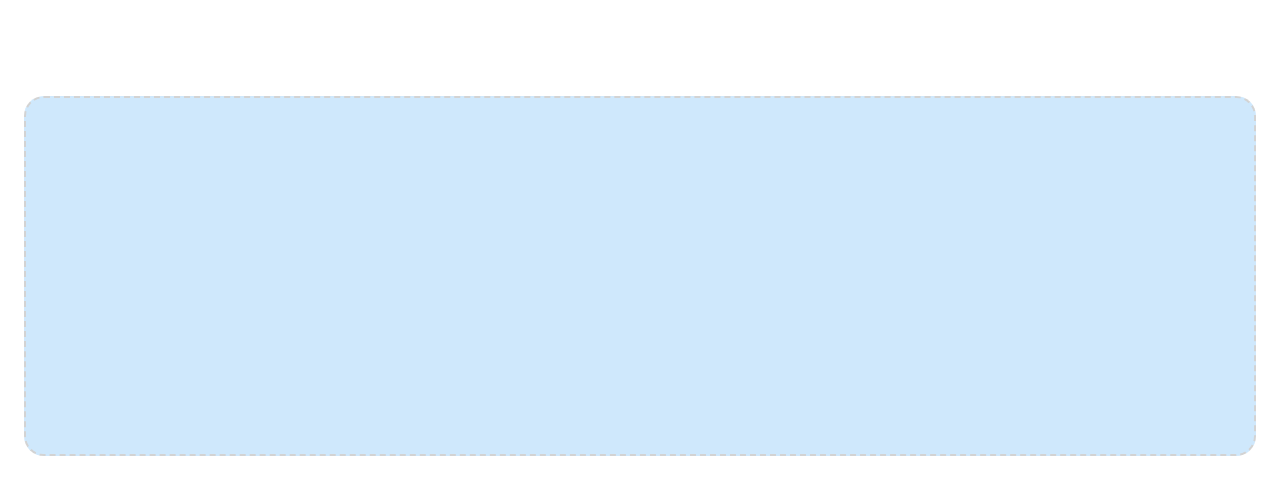
Repository: BhushanPatil-121/pdf-upload-nextjs
Page: /
The author's editor kept a copy of each file at every save. The page is drawn from the files as they stood at one save, then again after the next save.
The browser window is 1280 px wide. The pictures show the whole page.
The project was rebuilt for these pictures with package versions that can differ from the ones it lists, and the page was loaded fresh each time. The framework's server and built-in components were replaced by stand-ins that run in the browser. Also part of the build but not shown: next.config.mjs.

Above is the page before, as saved 2024-02-29 11:30:54.

### src/app/page.tsx
"use client"
import styles from "./page.module.css";
import { styled } from '@mui/material/styles';
import Button from '@mui/material/Button';
import CloudUploadIcon from '@mui/icons-material/CloudUpload';
import { useState } from 'react';
import { Alert, Box, Card, Container, Stack, TextField } from "@mui/material";
import InsertDriveFileIcon from '@mui/icons-material/InsertDriveFile';
import SendIcon from '@mui/icons-material/Send';
import LoadingButton from '@mui/lab/LoadingButton';
import { CloudDownload } from "@mui/icons-material";

const VisuallyHiddenInput = styled('input')({
  clip: 'rect(0 0 0 0)',
  clipPath: 'inset(50%)',
  height: 1,
  overflow: 'hidden',
  position: 'absolute',
  bottom: 0,
  left: 0,
  whiteSpace: 'nowrap',
  width: 1,
});

export default function Home() {
  const [loading, setLoading] = useState(false);
  const [uploading, setUploding] = useState(false);
  const [fileName, setFileName] = useState<string>("")
  const [defaultFileName, setDefaultFileName] = useState<string>("")
  const [file, setFile] = useState<string>("")
  function handleClick(e: any) {
    setLoading(true);
    setTimeout(() => setLoading(false), 3000);
    setTimeout(() => {
      setUploding(true)
      setFileName("")
      setFile("")
    }, 3000);
    setTimeout(() => setUploding(false), 6000);
    e.preventDefault();
    let formData = new FormData();
    formData.append('filename', fileName);
    formData.append('file', file);
    console.log(fileName, file);
  }
  return (
    <main className={styles.main}>
      <Container maxWidth="m">
        <Box  className={styles.mainContainer }
        sx={{ bgcolor: '#cfe8fc', height: '50vh' }}>

        </Box>
      </Container>
    </main>
  );
}

### src/app/globals.css


* {
  box-sizing: border-box;
  padding: 0;
  margin: 0;
}

html,
body {
  max-width: 100vw;
  overflow-x: hidden;
}


a {
  color: inherit;
  text-decoration: none;
}

### src/app/page.module.css
.main {
  display: flex;
  flex-direction: column;
  justify-content: start;
  gap: 20px;
  align-items: center;
  padding: 6rem 0;
  min-height: 100vh;
}

.mainContainer {
  display: flex;
  flex-direction: column;
  justify-content: center;
  align-items: center;
  padding: 50px 100px;
  border-radius: 20px;
  border: dashed 2px lightgrey;
}

.mainHeading {
  color: grey;
}

.mainForm {
  display: flex;
  flex-direction: column;
  align-items: center;
  justify-content: center;
  width: 100%;
  padding: 10px;
  border-radius: 10px;
}

.mainFormContainer {
  display: flex;
  flex-direction: column;
  align-items: center;
  justify-content: center;
  width: 100%;
  height: 100%;
  border: 1px solid grey;
  border-radius: 5px;
  padding: 10px;
  gap: 10px;
  margin: 20px;
}

.mainFormSubContainer1 {
  display: flex;
  flex-direction: row;
  align-items: center;
  justify-content: center;
  gap: 10px;
  width: 100%;
}

.mainFormSubContainer2 {
  display: flex;
  flex-direction: row;
  align-items: center;
  justify-content: space-evenly;
  gap: 10px;
  width: 100%;

}

Loaded but not shown: src/app/layout.tsx (common file)

After the next save:
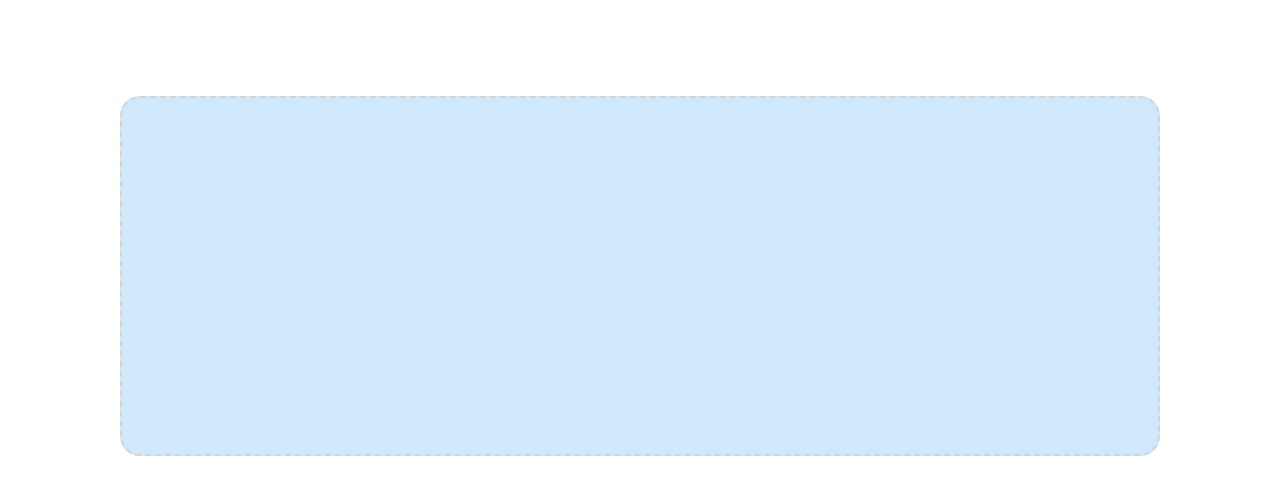
Saved 23 s later.
--- a/src/app/page.module.css
+++ b/src/app/page.module.css
@@ -4,7 +4,7 @@
   justify-content: start;
   gap: 20px;
   align-items: center;
-  padding: 6rem 0;
+  padding: 6rem ;
   min-height: 100vh;
 }
 

After the save that followed:
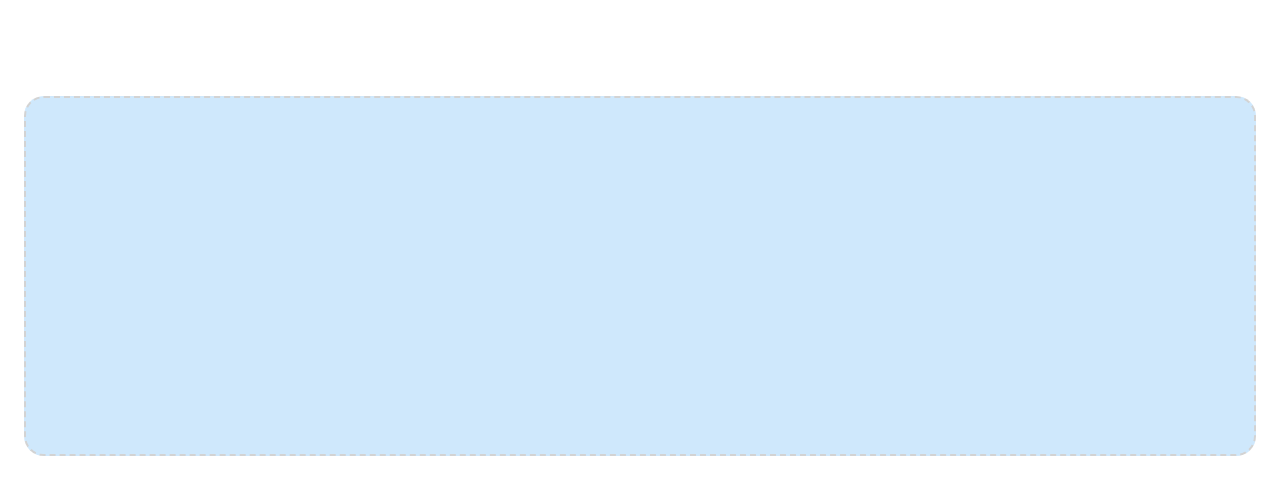
Saved 12 s later.
--- a/src/app/page.module.css
+++ b/src/app/page.module.css
@@ -4,7 +4,7 @@
   justify-content: start;
   gap: 20px;
   align-items: center;
-  padding: 6rem ;
+  padding: 6rem 0;
   min-height: 100vh;
 }
 
